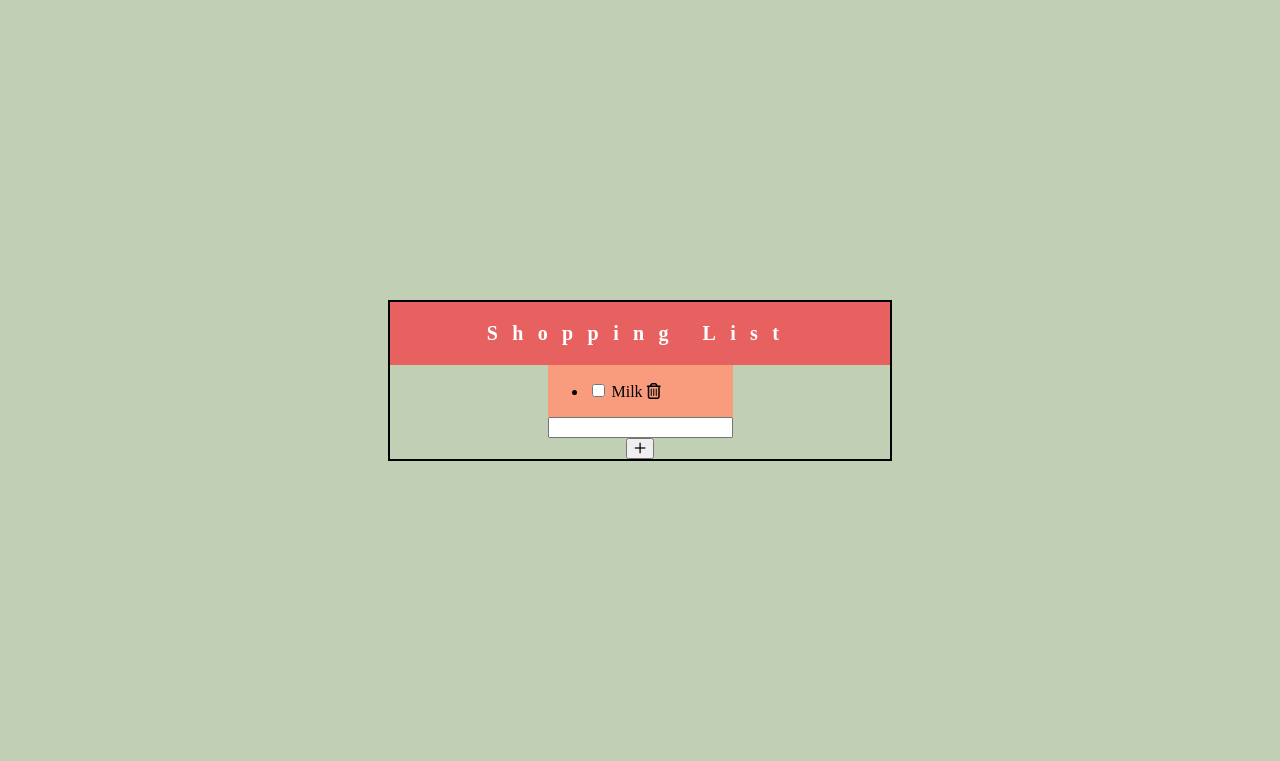
Repository: sephinejo/shopping-list-app
Page: index.html
These files come from the project's save history. The page is drawn as it stood at one moment and after the next save; the edit follows.
The browser window is 1280 px wide. The pictures show the whole page.
Some web fonts or font styles are not loaded; a fallback is used. Some web libraries are served in a nearby version.

Above is the page before, as saved 2023-05-11 18:27:37.

After the next save:
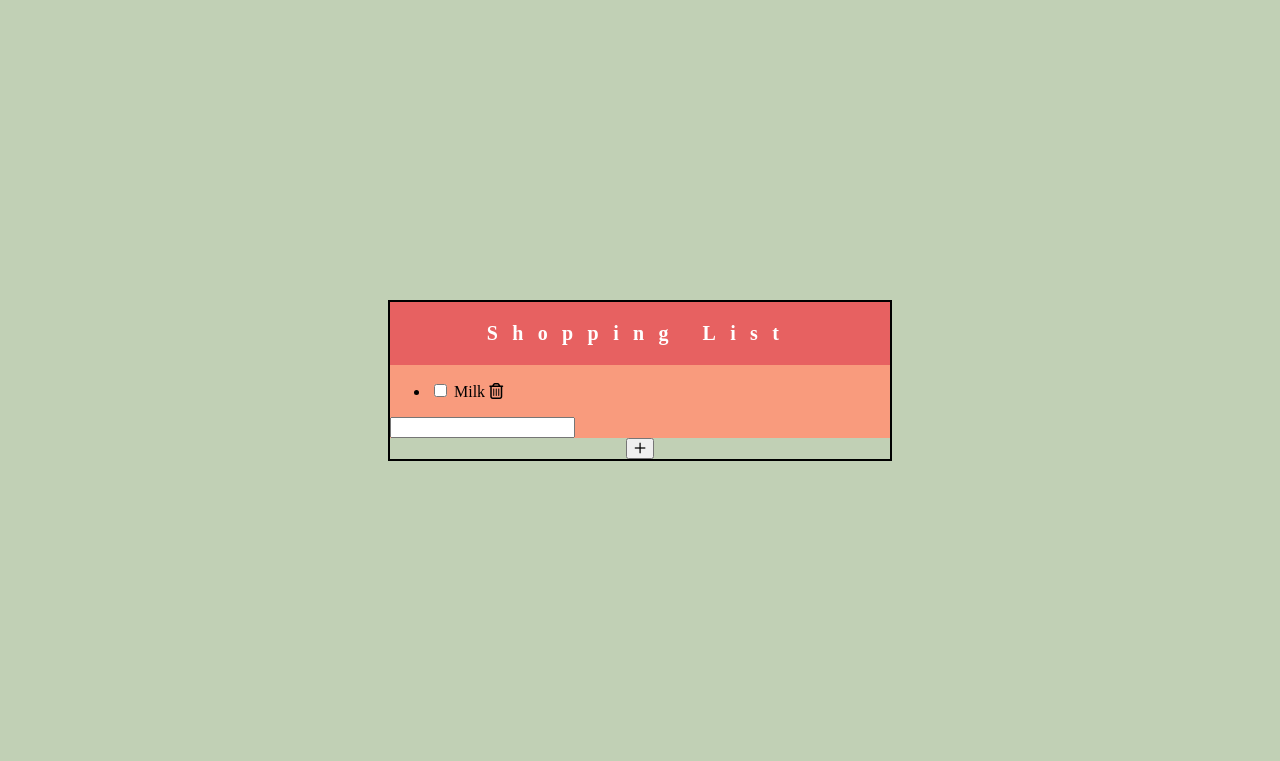
Saved 10 s later.
--- a/style.css
+++ b/style.css
@@ -25,5 +25,5 @@ header {
 
 main {
   background-color: #f99b7d;
-  position: relati;
+  width: 100%;
 }
